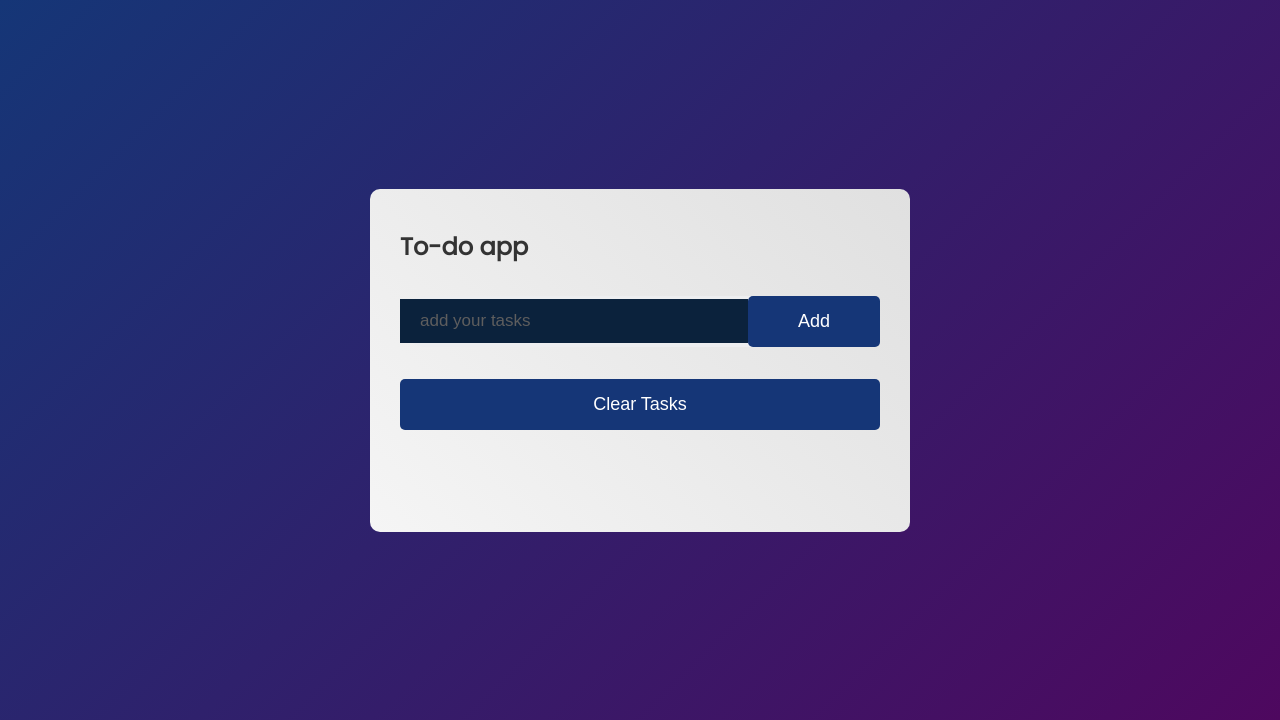
Repository: samoshi/To-do
Page: http://localhost/
These files come from the project's save history. The page is drawn as it stood at one moment and after the next save; the edit follows.
The browser window is 1280 px wide. The pictures show the whole page.
The pointer rests on the first visible `input`.
The page is served by the project's application, run on Flask 3 (app/app.py). Queries for data that is not in the repository find no rows.

Above is the page before, as saved 2024-01-14 21:47:47.

After the next save:
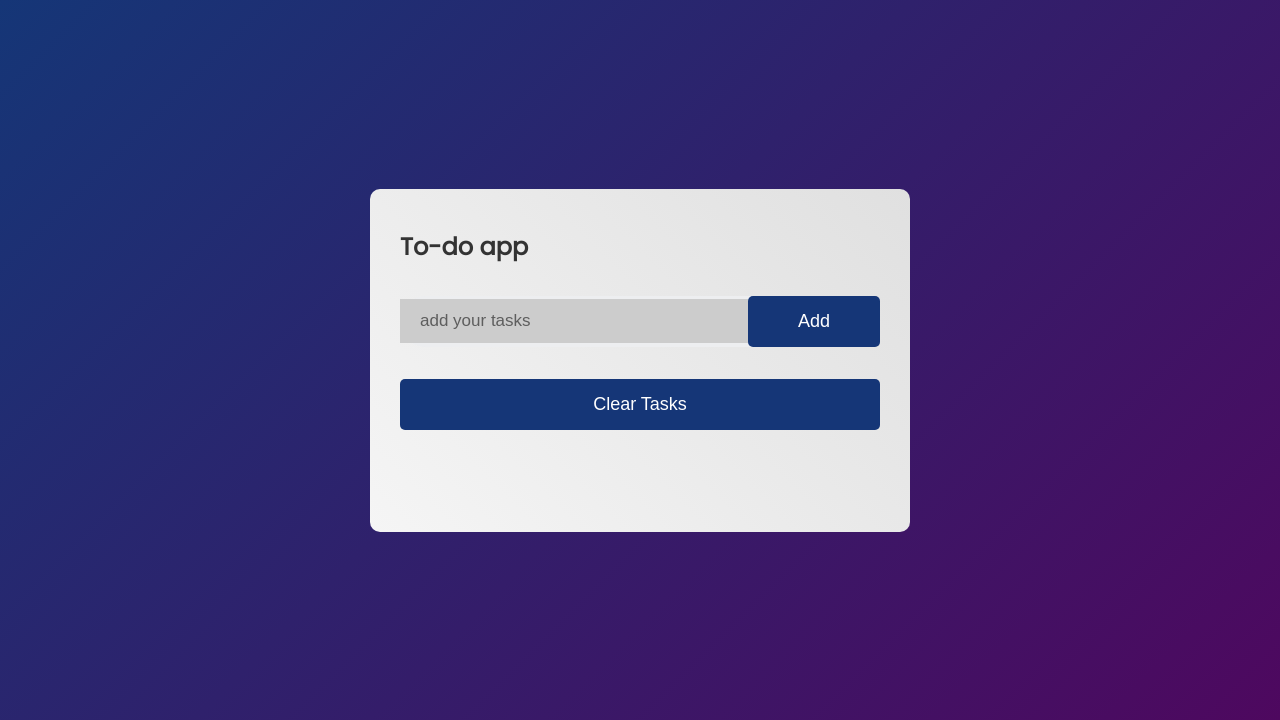
Saved 6 s later.
--- a/app/static/style.css
+++ b/app/static/style.css
@@ -68,7 +68,7 @@ button:hover {
 input:hover {
     cursor: pointer;
     filter: brightness(.8);
-    background-color: #0e2a4b; /* Darker blue for input and button on hover */
+    background-color: #ffffff; /* Darker blue for input and button on hover */
 }
 
 button.clear_button, button.add_button{
